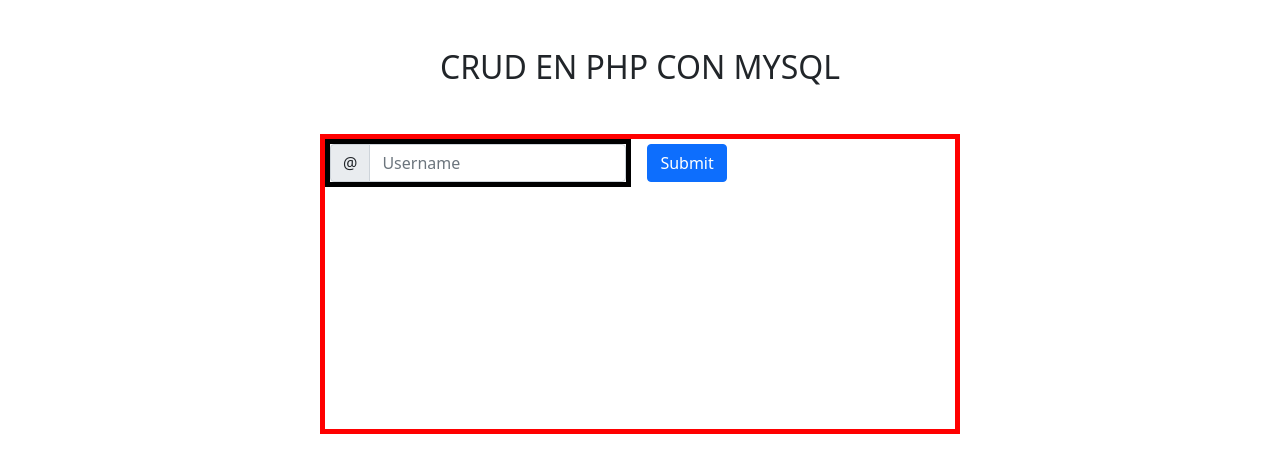
Repository: nder1996/CRUD_SENCILLO
Page: http://localhost/
These files come from the project's save history. The page is drawn as it stood at one moment and after the next save; the edit follows.
The browser window is 1280 px wide. The pictures show the whole page.
The page is run by PHP 8.4 with error messages shown; the project is at /var/www/html/.

Above is the page before, as saved 2021-10-04 19:47:50.

After the next save:
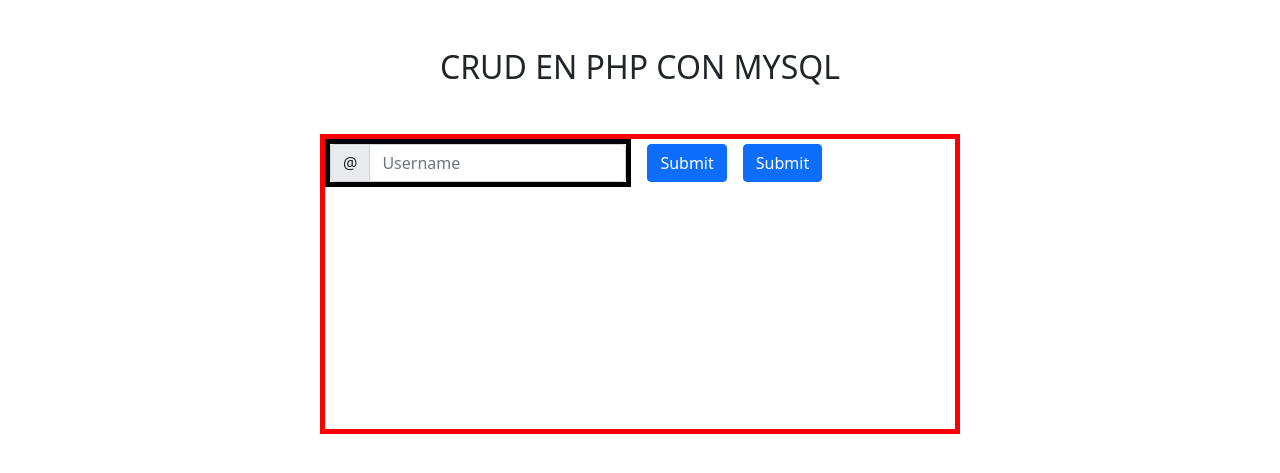
Saved 9 s later.
--- a/CRUD - SILENCIADO/index.php
+++ b/CRUD - SILENCIADO/index.php
@@ -23,7 +23,9 @@
             <div class="col-12">
               <button type="submit" class="btn btn-primary">Submit</button>
             </div>
-
+            <div class="col-12">
+                <button type="submit" class="btn btn-primary">Submit</button>
+              </div>
           </form>
         <!--
         <div class="input-group">
